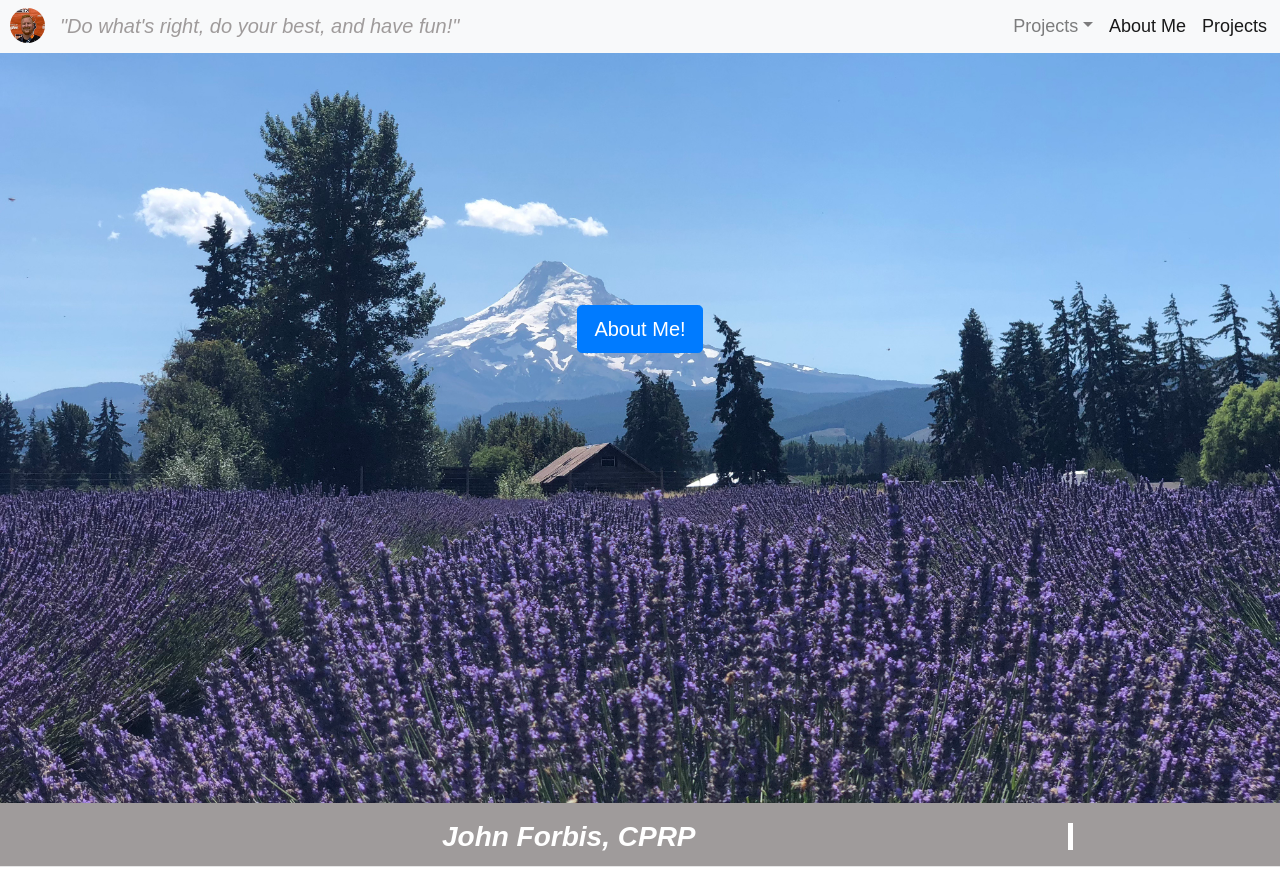
Repository: jforbis/john-forbis-data-analyst
Page: index.html
These files come from the project's save history. The page is drawn as it stood at one moment and after the next save; the edit follows.
The browser window is 1280 px wide. The pictures show the part of the page from y = 0 to 875 px (the page is 1760 px tall).
A picture or video elsewhere on the page could not be fetched, so the positions and the page height are approximate. Backgrounds fixed to the window are drawn as part of the page.

Above is the page before, as saved 2021-03-31 23:40:23.

After the next save:
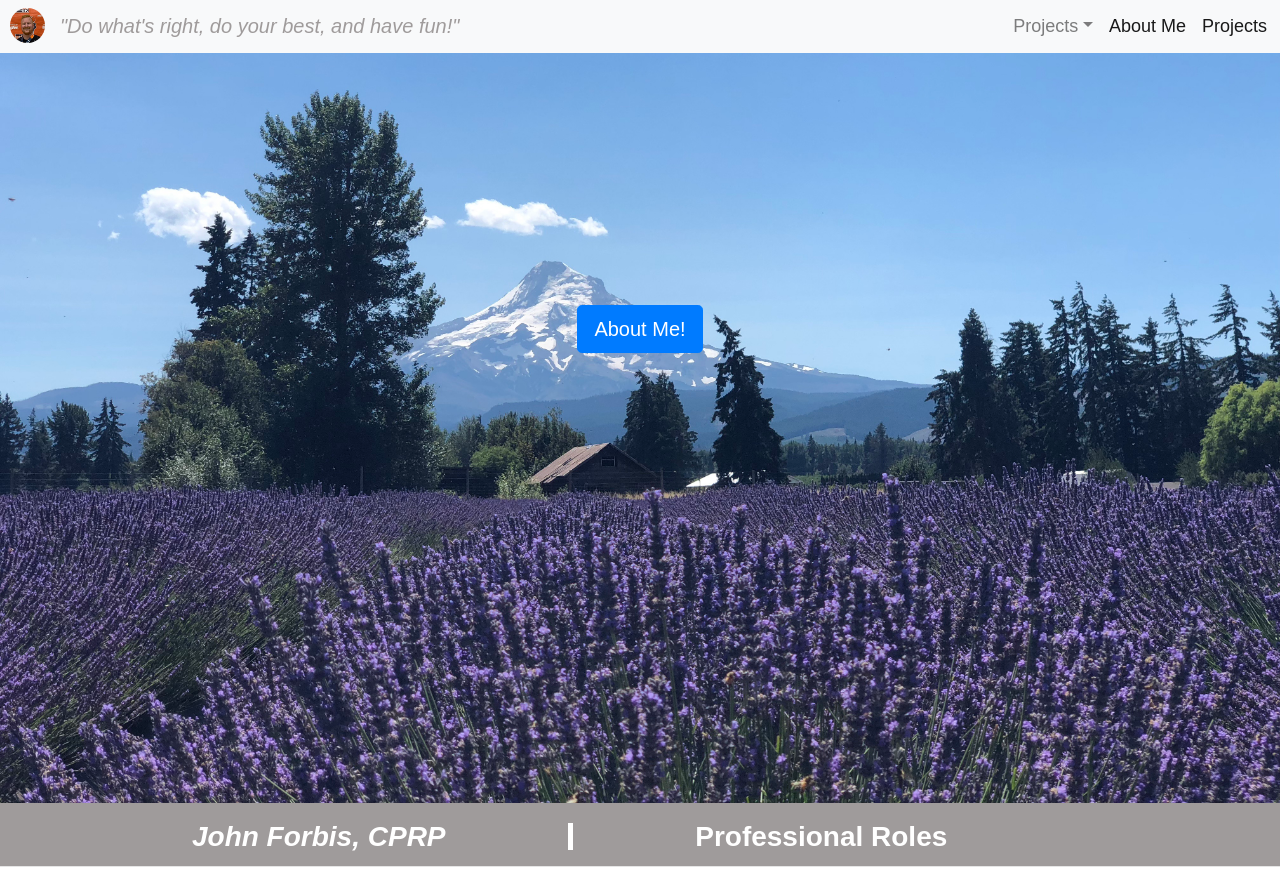
Saved 35 s later.
--- a/static/css/style.css
+++ b/static/css/style.css
@@ -14,7 +14,7 @@
 }
 
 .row {
-    width: 2000px;
+    width: 1000px;
 }
 
 .vert1 {
